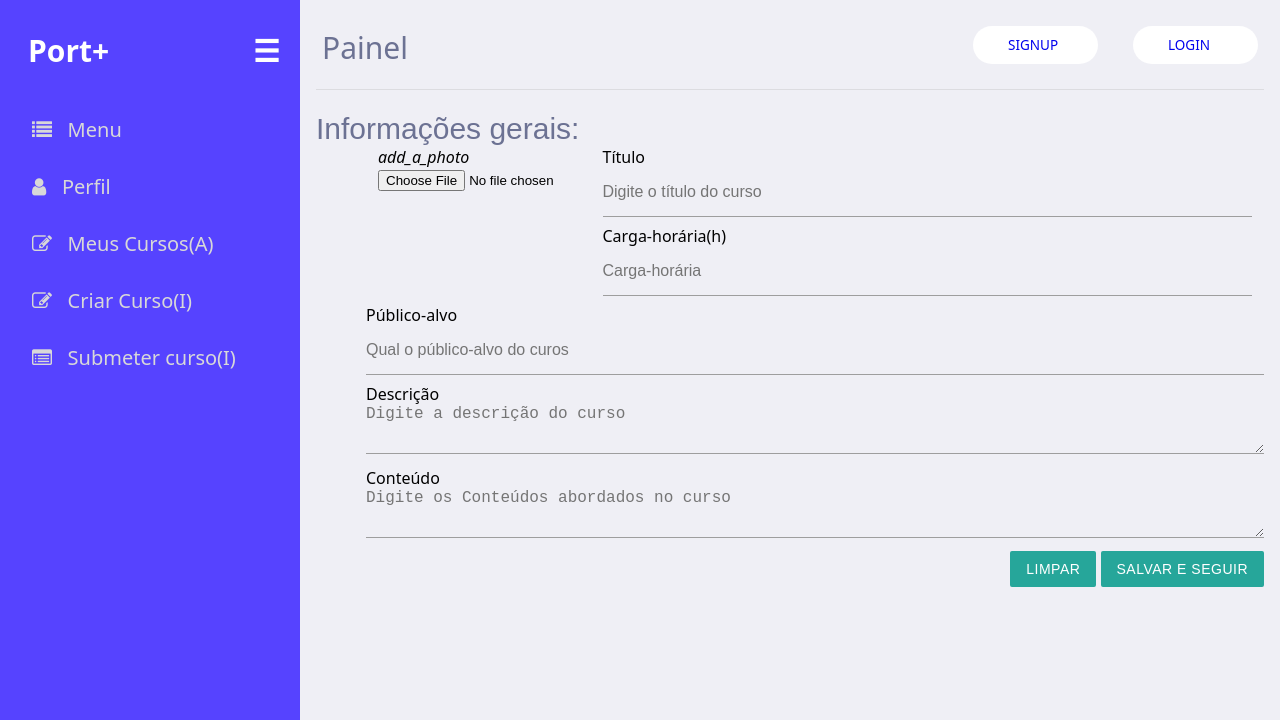
Repository: LauraMViana/Port-plus
Page: http://localhost/portPlus/criarCurso/criarCurso
An editor plug-in stored every save of this project. The page is shown before and after the next save, followed by the edit.
The browser window is 1280 px wide. The pictures show the whole page.
The page is this project's Thymeleaf template; nobody is signed in. The template is opened directly, without the code that normally fills it, so the values that code supplies are empty.

Above is the page before, as saved 2021-12-30 16:54:25.

After the next save:
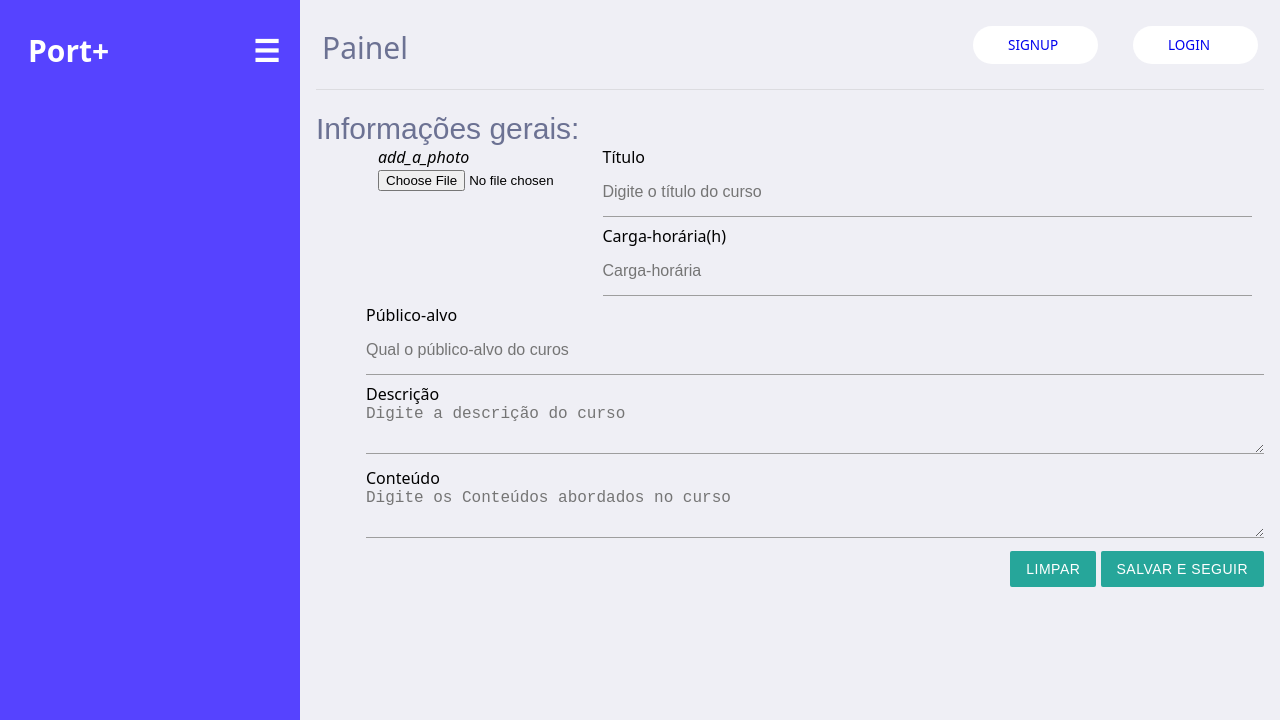
Saved 7 h 56 min later.
--- a/port/src/main/resources/templates/menu.html
+++ b/port/src/main/resources/templates/menu.html
@@ -22,15 +22,18 @@
 			<!-- <a href="/" class="icon-a"> <i class="fa fa-dashboard icons"></i>
 				&nbsp;&nbsp;Painel
 			</a> -->
-			<a href="/" class="icon-a"><i class="fa fa-list icons"></i>
-				&nbsp;&nbsp;Menu</a> <a href="#" class="icon-a"><i
+			<a sec:authorize="isAuthenticated()" href="/" class="icon-a"><i
+				class="fa fa-list icons"></i> &nbsp;&nbsp;Menu</a> <a
+				sec:authorize="isAuthenticated()" href="#" class="icon-a"><i
 				class="fa fa-user icons"></i> &nbsp;&nbsp;Perfil</a> <a
-				href="/portPlus/criarCurso" class="icon-a"><i
-				class="fa fa-edit icons"></i> &nbsp;&nbsp;Meus Cursos(A)</a> <a
+				sec:authorize="isAuthenticated()" href="/portPlus/criarCurso"
+				class="icon-a"><i class="fa fa-edit icons"></i> &nbsp;&nbsp;Meus
+				Cursos(A)</a> <a sec:authorize="isAuthenticated()"
 				href="/portPlus/criarCurso" class="icon-a"><i
 				class="fa fa-edit icons"></i> &nbsp;&nbsp;Criar Curso(I)</a><a
-				href="/portPlus/meusCursos" class="icon-a"><i
-				class="fa fa-list-alt icons"></i> &nbsp;&nbsp;Submeter curso(I)</a>
+				sec:authorize="isAuthenticated()" href="/portPlus/meusCursos"
+				class="icon-a"><i class="fa fa-list-alt icons"></i>
+				&nbsp;&nbsp;Submeter curso(I)</a>
 		</div>
 	</div>
 
